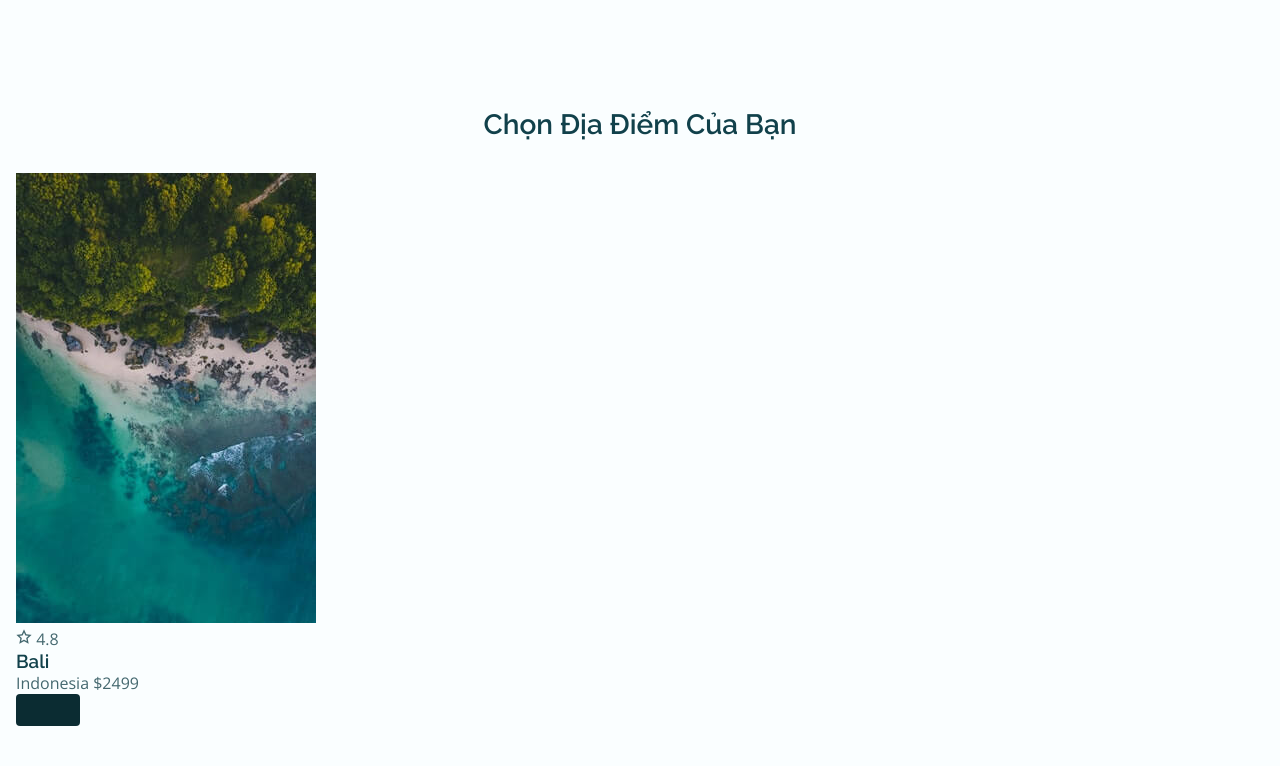
Repository: haokiet2501/travel-demo
Page: index.html
The author's editor kept a copy of each file at every save. The page is drawn from the files as they stood at one save, then again after the next save.
The browser window is 1280 px wide. The pictures show the part of the page from y = 2764 to 3546 px (the page is 3530 px tall before and 3546 px after).
A picture or video elsewhere on the page could not be fetched, so the positions and the page height are approximate.

Above is the page before, as saved 2021-09-21 16:34:49.

### index.html
<!DOCTYPE html>
<html lang="en">

<head>
    <meta charset="UTF-8">
    <meta http-equiv="X-UA-Compatible" content="IE=edge">
    <meta name="viewport" content="width=device-width, initial-scale=1.0">
    <link href="https://cdn.jsdelivr.net/npm/remixicon@2.5.0/fonts/remixicon.css" rel="stylesheet">
    <link rel="stylesheet" href="/css/swiper-bundle.min.css">
    <link rel="stylesheet" href="/css/style.css">
    <title>Website Travel</title>
</head>

<body>
    <header class="header" id="header">
        <nav class="nav container">
            <a href="#" class="nav__logo">Du lịch</a>

            <div class="nav__menu" id="nav-menu">
                <ul class="nav__list">
                    <li class="nav__item">
                        <a href="#home" class="nav__link">Trang chủ</a>
                    </li>
                    <li class="nav__item">
                        <a href="#about" class="nav__link">Giới thiệu</a>
                    </li>
                    <li class="nav__item">
                        <a href="#discover" class="nav__link">Khám phá</a>
                    </li>
                    <li class="nav__item">
                        <a href="#place" class="nav__link">Địa điểm</a>
                    </li>
                </ul>

                <i class="ri-close-line nav__close" id="nav-close"></i>
            </div>

            <div class="nav__toggle" id="nav-toggle">
                <i class="ri-list-settings-line"></i>
            </div>
        </nav>
    </header>

    <main class="main">
        <!-- HOME -->
        <section class="home" id="home">
            <img src="assets/img/home1.jpg" alt="" class="home__img">

            <div class="home__container container grid">
                <div class="home__data">
                    <span class="home__data-subtitle">Khám phá địa điểm của bạn</span>
                    <h1 class="home__data-title">
                        Khám phá <br> Những <b>Bãi biển <br> Đẹp nhất</b>
                    </h1>
                    <a href="#" class="button">Khám phá</a>
                </div>

                <div class="home__social">
                    <a href="https://www.facebook.com/" target="_blank" class="home__social-link">
                        <i class="ri-facebook-box-fill"></i>
                    </a>

                    <a href="https://www.instagram.com/" target="_blank" class="home__social-link">
                        <i class="ri-instagram-fill"></i>
                    </a>

                    <a href="https://www.twitter.com/" target="_blank" class="home__social-link">
                        <i class="ri-twitter-fill"></i>
                    </a>
                </div>

                <div class="home__info">
                    <div>
                        <span class="home__info-title">5 địa điểm tốt nhất để tham quan</span>
                        <a href="#" class="button button--flex button--link home__info-button">
                            Xem <i class="ri-arrow-right-line"></i>
                        </a>
                    </div>

                    <div class="home__info-overlay">
                        <img src="/assets/img/home2.jpg" alt="" class="home__info-img">
                    </div>
                </div>
            </div>
        </section>

        <!-- ABOUT -->
        <section class="about section" id="about">
            <div class="about__container container grid">
                <div class="about__data">
                    <h2 class="section__title about__title">
                        Xem thêm thông tin <br> Về những bãi biển đẹp nhất
                    </h2>
                    <p class="about__description">
                        Bạn có thể tìm những nơi đẹp nhất của bãi biển phù hợp với giá tiền của bạn tại đây bạn có đội ngũ hỗ trợ cho bạn tất cả mà bạn không phải xếp hàng chờ.
                    </p>
                    <a href="#" class="button">Đặt chỗ ngay</a>
                </div>

                <div class="about__img">
                    <div class="about__img-overlay">
                        <img src="assets/img/about1.jpg" alt="" class="about__img-one">
                    </div>

                    <div class="about__img-overlay">
                        <img src="assets/img/about2.jpg" alt="" class="about__img-two">
                    </div>
                </div>
            </div>
        </section>

        <!-- Discover -->
        <section class="discover section" id="discover">
            <h2 class="section__title">Khám phá <br> những nơi hấp dẫn</h2>

            <div class="discover__container container swiper">
                <div class="swiper-wrapper">
                    <!-- Discover 1 -->
                    <div class="discover__card swiper-slide">
                        <img src="assets/img/discover1.jpg" alt="" class="discover__img">
                        <div class="discover__data">
                            <h2 class="discover__title">Bali</h2>
                            <span class="discover__description">24 chuyến tham quan</span>
                        </div>
                    </div>

                    <!-- Discover 2 -->
                    <div class="discover__card swiper-slide">
                        <img src="assets/img/discover2.jpg" alt="" class="discover__img">
                        <div class="discover__data">
                            <h2 class="discover__title">Hawaii</h2>
                            <span class="discover__description">15 chuyến tham quan</span>
                        </div>
                    </div>

                    <!-- Discover 3 -->
                    <div class="discover__card swiper-slide">
                        <img src="assets/img/discover3.jpg" alt="" class="discover__img">
                        <div class="discover__data">
                            <h2 class="discover__title">Hvar</h2>
                            <span class="discover__description">18 chuyến tham quan</span>
                        </div>
                    </div>

                    <!-- Discover 4 -->
                    <div class="discover__card swiper-slide">
                        <img src="assets/img/discover4.jpg" alt="" class="discover__img">
                        <div class="discover__data">
                            <h2 class="discover__title">Whitehaven</h2>
                            <span class="discover__description">32 chuyến tham quan</span>
                        </div>
                    </div>
                </div>
            </div>
        </section>

        <!-- Experience -->
        <section class="experience section">
            <h2 class="section__title">
                Với kinh nghiệm nhiều năm <br> Chúng tôi sẽ phục vụ bạn
            </h2>

            <div class="experience__container container grid">
                <div class="experience__content grid">
                    <div class="experience__data">
                        <h2 class="experience__number">20</h2>
                        <span class="experience__description">Năm <br> Kinh nghiệm</span>
                    </div>

                    <div class="experience__data">
                        <h2 class="experience__number">75</h2>
                        <span class="experience__description">
                            Các chuyến tham quan <br> Hoàn chỉnh
                        </span>
                    </div>

                    <div class="experience__data">
                        <h2 class="experience__number">500+</h2>
                        <span class="experience__description">Địa điểm <br> Du lịch</span>
                    </div>
                </div>

                <div class="experience__img grid">
                    <div class="experience__overlay">
                        <img src="assets/img/experience1.jpg" alt="" class="experience__img-one">
                    </div>

                    <div class="experience__overlay">
                        <img src="assets/img/experience2.jpg" alt="" class="experience__img-two">
                    </div>
                </div>
            </div>
        </section>

        <!-- Video -->
        <section class="video section">
            <h2 class="section__title">Video tham quan</h2>

            <div class="video__container container">
                <p class="video__description">
                    Video của chúng tôi gửi đến cho bạn và gia đình bạn những hình ảnh đẹp mắt.
                </p>

                <div class="video__content">
                    <video class="video__file" id="video-file">
                        <source src="video/video.mp4" type="video/mp4">
                    </video>

                    <button class="button button--flex video__button" id="video-button">
                        <i class="ri-play-line video__button-icon" id="video-icon"></i>
                    </button>
                </div>
            </div>
        </section>

        <!-- Place -->
        <section class="place section" id="place">
            <h2 class="section__title">Chọn địa điểm của bạn</h2>

            <div class="place__container container grid">
                <!-- Place card 1 -->
                <div class="place__card">
                    <img src="assets/img/place1.jpg" alt="" class="place__img">

                    <div class="place__content">
                        <span class="place__rating">
                            <i class="ri-star-line place__rating-icon"></i>
                            <span class="place__raitng-number">4.8</span>
                        </span>

                        <div class="place__data">
                            <h3 class="place__title">Bali</h3>
                            <span class="place_subtitle">Indonesia</span>
                            <span class="place__price">$2499</span>
                        </div>
                    </div>

                    <button class="button button--flex place__button">

                    </button>
                </div>
            </div>
        </section>
    </main>

    <!-- Swiper Js -->
    <script src="js/swiper-bundle.min.js"></script>

    <!-- JS -->
    <script src="js/script.js"></script>
</body>

</html>

### css/style.css
/* Google Font */
@import url('https://fonts.googleapis.com/css2?family=Open+Sans:wght@400;600&family=Raleway:wght@500;600;700&display=swap');

/* Variables css */
:root {
    --header-height: 3rem;

    /* Colors */
    --hue-color: 190;

    /* HSL color mode */
    --first-color: hsl(var(--hue-color), 64%, 12%);
    --first-color-second: hsl(var(--hue-color), 64%, 22%);
    --first-color-alt: hsl(var(--hue-color), 64%, 15%);
    --title-color: hsl(var(--hue-color), 64%, 18%);
    --text-color: hsl(var(--hue-color), 24%, 35%);
    --text-color-light: hsl(var(--hue-color), 8%, 60%);
    --input-color: hsl(var(--hue-color), 24%, 97%);
    --body-color: hsl(var(--hue-color), 100%, 99%);
    --white-color: #FFF;
    --scroll-bar-color: hsl(var(--hue-color), 12%, 90%);
    --scroll-thumb-color: hsl(var(--hue-color), 12%, 75%);

    /* Font and typography */
    --body-font: 'Open Sans', sans-serif;
    --title-font: 'Raleway', sans-serif;
    --biggest-font-size: 2.5rem;
    --h1-font-size: 1.5rem;
    --h2-font-size: 1.25rem;
    --h3-font-size: 1rem;
    --normal-font-size: .938rem;
    --small-font-size: .813rem;
    --smaller-font-size: .75rem;

    /* Font Weight */
    --font-medium: 500;
    --font-semi-bold: 600;

    /* Margin Bottom */
    --mb-0-25: .25rem;
    --mb-0-5: .5rem;
    --mb-0-75: .75rem;
    --mb-1: 1rem;
    --mb-1-25: 1.25rem;
    --mb-1-5: 1.5rem;
    --mb-2: 2rem;
    --mb-2-5: 2.5rem;

    /* Z-index */
    --z-tooltip: 10;
    --z-fixed: 100;

    /* Hover overlay */
    --img-transition: .3s;
    --img-hidden: hidden;
    --img-scale: scale(1.1);
}

@media screen and (min-width: 960px) {
    :root {
        --biggest-font-size: 4rem;
        --h1-font-size: 2.25rem;
        --h2-font-size: 1.75rem;
        --h3-font-size: 1.25rem;
        --normal-font-size: 1rem;
        --small-font-size: .875rem;
        --smaller-font-size: .813rem;
    }
}

/* Base */
* {
    padding: 0;
    margin: 0;
    box-sizing: border-box;
}

html {
    scroll-behavior: smooth;
}

body {
    margin: var(--header-height) 0 0 0;
    font-family: var(--body-font);
    font-size: var(--normal-font-size);
    background-color: var(--body-color);
    color: var(--text-color);
}

h1,h2,h3 {
    color: var(--title-color);
    font-weight: var(--font-semi-bold);
    font-family: var(--title-font);
}

ul {
    list-style: none;
}

a {
    text-decoration: none;
}

img, video {
    max-width: 100%;
    height: auto;
}

button, input {
    border: none;
    font-family: var(--body-font);
    font-size: var(--normal-font-size);
}

button {
    cursor: pointer;
}

input {
    outline: none;
}

/* Reusable css classed */
.section {
    padding: 4.5rem 0 2.5rem;
}

.section__title {
    font-size: var(--h2-font-size);
    color: var(--title-color);
    text-align: center;
    text-transform: capitalize;
    margin-bottom: var(--mb-2);
}

.container {
    max-width: 960px;
    margin-left: var(--mb-1);
    margin-right: var(--mb-1);
}

.grid {
    display: grid;
    gap: 1.5rem;
}

/* HEADER */
.header {
    width: 100%;
    position: fixed;
    top: 0;
    left: 0;
    z-index: var(--z-fixed);
    background-color: transparent;
}

/* NAV */
.nav {
    display: flex;
    justify-content: space-between;
    align-items: center;
    height: var(--header-height);
}

.nav__logo, .nav__toggle {
    color: var(--white-color);
}

.nav__logo {
    font-weight: var(--font-semi-bold);
}

.nav__toggle {
    font-size: 1.2rem;
    cursor: pointer;
}

.nav__menu {
    position: relative;
}

@media screen and (max-width: 767px) {
    .nav__menu {
        position: fixed;
        background-color: var(--body-color);
        top: 0;
        right: -100%;
        width: 70%;
        height: 100%;
        box-shadow: -1px 0 4px hsla(var(--hue-color), 64%, 15%, .15);
        padding: 3rem;
        transition: .4s;
    }
}

.nav__list {
    display: flex;
    flex-direction: column;
    row-gap: 2.5rem;
}

.nav__link {
    color: var(--text-color-light);
    font-weight: var(--font-semi-bold);
    text-transform: uppercase;
}

.nav__link:hover {
    color: var(--text-color);
}

.nav__close {
    position: absolute;
    top: .75rem;
    right: 1rem;
    font-size: 1.5rem;
    color: var(--title-color);
    cursor: pointer;
}

/* Show-Menu */
.show-menu {
    right: 0;
}

/* Change background header */
.scroll-header {
    background-color: var(--body-color);
    box-shadow: 0 0 4px hsla(var(--hue-color), 64%, 15%, .15);
}

.scroll-header .nav__logo,
.scroll-header .nav__toggle {
    color: var(--title-color);
}

/* HOME */
.home__img {
    position: absolute;
    top: 0;
    left: 0;
    width: 100%;
    height: 100vh;
    object-fit: cover;
    object-position: 83%;
}

.home__container {
    position: relative;
    height: calc(100vh - var(--header-height));
    align-content: center;
    row-gap: 3rem;
}

.home__data-subtitle, .home__data-title,
.home__social-link, .home__info {
    color: var(--white-color);
}

.home__data-subtitle {
    display: block;
    font-weight: var(--font-semi-bold);
    margin-bottom: var(--mb-0-75);
}

.home__data-title {
    font-size: var(--biggest-font-size);
    font-weight: var(--font-medium);
    margin-bottom: var(--mb-2-5);
}

.home__social {
    display: flex;
    flex-direction: column;
    row-gap: 1.5rem;
}

.home__social-link {
    font-size: 1.2rem;
    width: max-content;
}

.home__info {
    background-color: var(--first-color);
    display: flex;
    padding: 1.5rem 1rem;
    align-items: center;
    column-gap: .5rem;
    position: absolute;
    right: 0;
    bottom: 1rem;
    width: 228px;
    border-radius: 6px;
}

.home__info-title {
    display: block;
    font-size: var(--small-font-size);
    font-weight: var(--font-semi-bold);
    margin-bottom: var(--mb-0-75);
}

.home__info-button {
    font-size: var(--smaller-font-size);
}

.home__info-overlay {
    overflow: var(--img-hidden);
}

.home__info-img {
    width: 145px;
    transition: var(--img-transition);
}

.home__info-img:hover {
    transform: var(--img-scale);
}

/* BUTTON */
.button {
    display: inline-block;
    padding: 1rem 2rem;
    background-color: var(--first-color);
    color: var(--white-color);
    font-weight: var(--font-semi-bold);
    transition: .3s;
    border-radius: 4px;
}

.button:hover {
    background-color: var(--first-color-alt);
}

.button--flex {
    display: flex;
    align-items: center;
    column-gap: .25rem;
}

.button--link {
    background: none;
    padding: 0;
}

.button--link:hover {
    background: none;
}

/* About */
.about__data {
    text-align: center;
}

.about__container {
    row-gap: 2.5rem;
}

.about__description {
    margin-bottom: var(--mb-2);
}

.about__img {
    display: flex;
    column-gap: 1rem;
    align-items: center;
    justify-content: center;
}

.about__img-overlay {
    overflow: var(--img-hidden);
}

.about__img-one {
    width: 130px;
}

.about__img-two {
    width: 180px;
}

.about__img-one,
.about__img-two {
    transition: var(--img-transition);
}

.about__img-one:hover,
.about__img-two:hover {
    transform: var(--img-scale);
}

/* DISCOVER */
.discover__card {
    position: relative;
    width: 200px;
    overflow: var(--img-hidden);
}

.discover__data {
    position: absolute;
    bottom: 1.5rem;
    left: 1rem;
}

.discover__title,
.discover__description {
    color: var(--white-color);
}

.discover__title {
    font-size: var(--h3-font-size);
    margin-bottom: var(--mb-0-25);
}

.discover__description {
    display: block;
    font-size: var(--smaller-font-size);
}

.discover__img {
    transition: var(--img-transition);
}

.discover__img:hover {
    transform: var(--img-scale);
}

.swiper-3d .swiper-slide-shadow-left,
.swiper-3d .swiper-slide-shadow-right {
    background-image: none;
}

/* Experience */
.experience__container {
    row-gap: 2.5rem;
    justify-content: center;
    justify-items: center;
}

.experience__content {
    grid-template-columns: repeat(3, 1fr);
    column-gap: 1rem;
    justify-items: center;
    padding: 0 2rem;
}

.experience__number {
    font-size: var(--h2-font-size);
    font-weight: var(--font-semi-bold);
    margin-bottom: var(--mb-0-5);
}

.experience__description {
    font-size: var(--small-font-size);
}

.experience__img {
    position: relative;
    padding-bottom: 2rem;
}

.experience__overlay:nth-child(1) {
    width: 263px;
    margin-right: 2rem;
}

.experience__overlay:nth-child(2) {
    width: 120px;
    position: absolute;
    top: 2rem;
    right: 0;
}

.experience__img-one,
.experience__img-two {
    transition: var(--img-transition);
}

.experience__img-one:hover,
.experience__img-two:hover {
    transform: var(--img-scale);
}

.experience__overlay {
    overflow: var(--img-hidden);
}

/* VIDEO */
.video__container {
    padding-bottom: 1rem;
}

.video__description {
    text-align: center;
    margin-bottom: var(--mb-2-5);
}

.video__content {
    position: relative;
}

.video__file {
    border-radius: 4px;
}

.video__button {
    position: absolute;
    right: 1rem;
    bottom: -1rem;
    padding: 1rem 1.5rem;
}

.video__button-icon {
    font-size: 1.2rem;
}

### js/script.js
// Show Menu
const navMenu = document.getElementById("nav-menu"),
  navToggle = document.getElementById("nav-toggle"),
  navClose = document.getElementById("nav-close");

if (navToggle) {
  navToggle.addEventListener("click", () => {
    navMenu.classList.add("show-menu");
  });
}

if (navClose) {
  navClose.addEventListener("click", () => {
    navMenu.classList.remove("show-menu");
  });
}

// Remove menu Mobile
const navLink = document.querySelectorAll(".nav__link");

function linkAction() {
  const navMenu = document.getElementById("nav-menu");

  navMenu.classList.remove("show-menu");
}
navLink.forEach((n) => n.addEventListener("click", linkAction));

// Change background header
function scrollHeader() {
  const header = document.getElementById("header");

  if (this.scrollY >= 100) header.classList.add("scroll-header");
  else header.classList.remove("scroll-header");
}
window.addEventListener("scroll", scrollHeader);

// Swiper js
var swiper = new Swiper(".discover__container", {
  effect: "coverflow",
  grabCursor: true,
  centeredSlides: true,
  slidesPerView: "auto",
  loop:true,
  spaceBetween: 32,
  coverflowEffect: {
    rotate: 0,
  },
});

// Video

const videoFile = document.getElementById('video-file'),
      videoButton = document.getElementById('video-button'),
      videoIcon = document.getElementById('video-icon')

function playPause() {
    if(videoFile.paused) {
        // Play video
        videoFile.play()

        // We change the icon
        videoIcon.classList.add('ri-pause-line')
        videoIcon.classList.remove('ri-play-line')
    } else {
        // Pause video
        videoFile.pause()

        // We change the icon
        videoIcon.classList.remove('ri-pause-line')
        videoIcon.classList.add('ri-play-line')
    }
}

videoButton.addEventListener('click', playPause)

function finalVideo() {
    // Video end, icon change
    videoIcon.classList.remove('ri-pause-line')
    videoIcon.classList.remove('ri-play-line')
}

videoFile.addEventListener('ended', finalVideo)

Loaded but not shown: css/swiper-bundle.min.css (library); js/swiper-bundle.min.js (library)

After the next save:
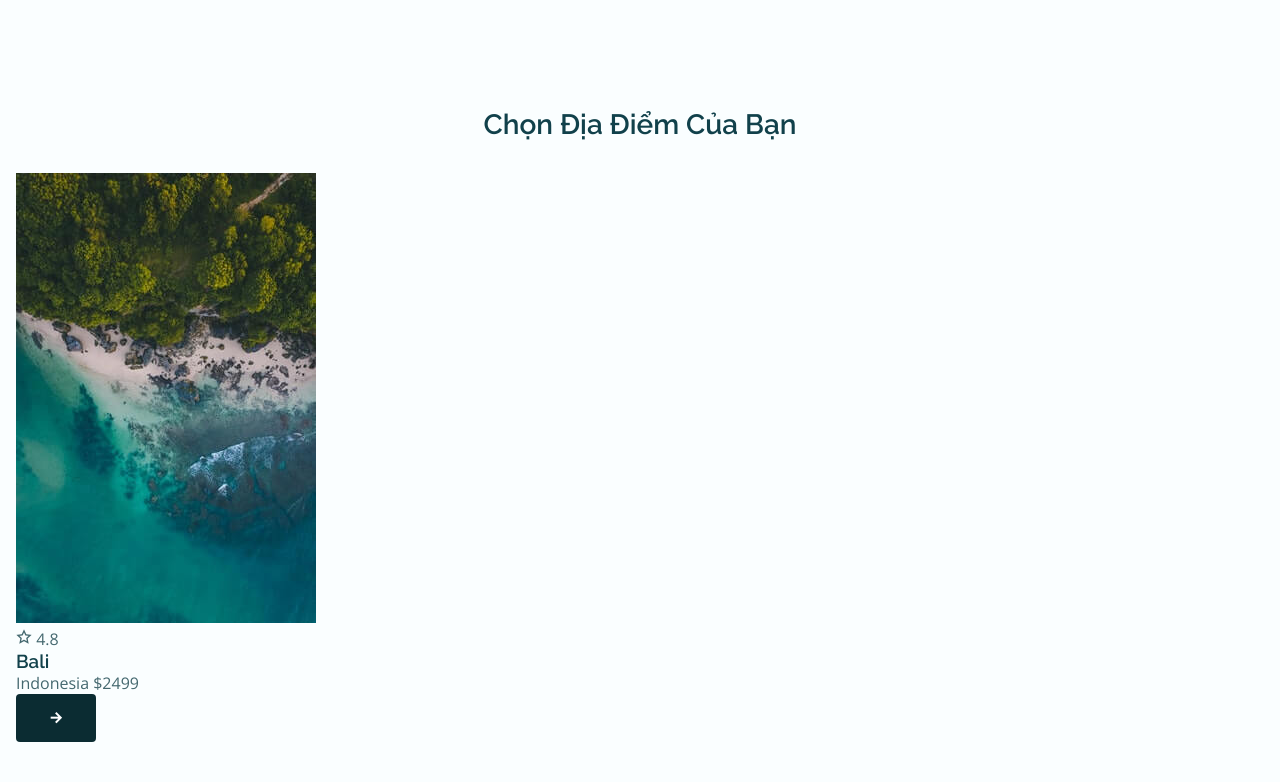
Saved 13 s later.
--- a/index.html
+++ b/index.html
@@ -236,7 +236,7 @@
                     </div>
 
                     <button class="button button--flex place__button">
-
+                        <i class="ri-arrow-right-line"></i>
                     </button>
                 </div>
             </div>
